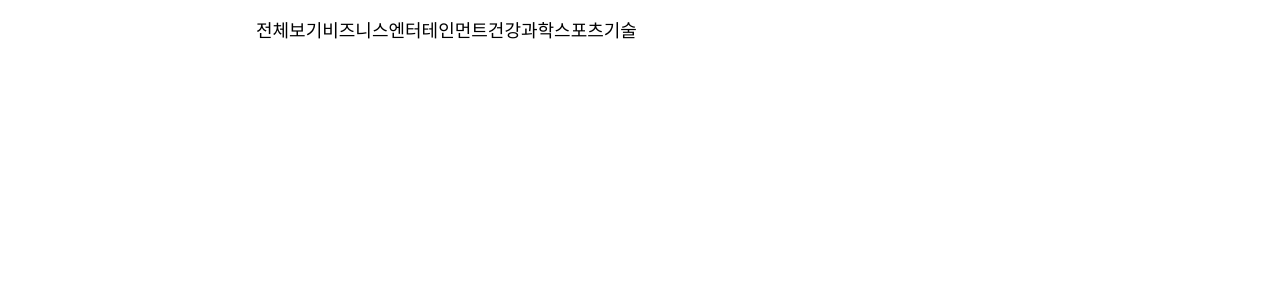
Repository: parkhyeonki/news-viewer
Page: /
An editor plug-in stored every save of this project. The page is shown before and after the next save, followed by the edit.
The browser window is 1280 px wide. The pictures show the whole page.
The page's requests for data from a server got no answer. The project was rebuilt for these pictures with package versions that can differ from the ones it lists, and the page was loaded fresh each time. No one was signed in, and anything a server would have sent is missing. Also part of the build but not shown: src/App.css, src/components/NewsItem/NewsItem.js.

Above is the page before, as saved 2022-05-19 15:52:45.

After the next save:
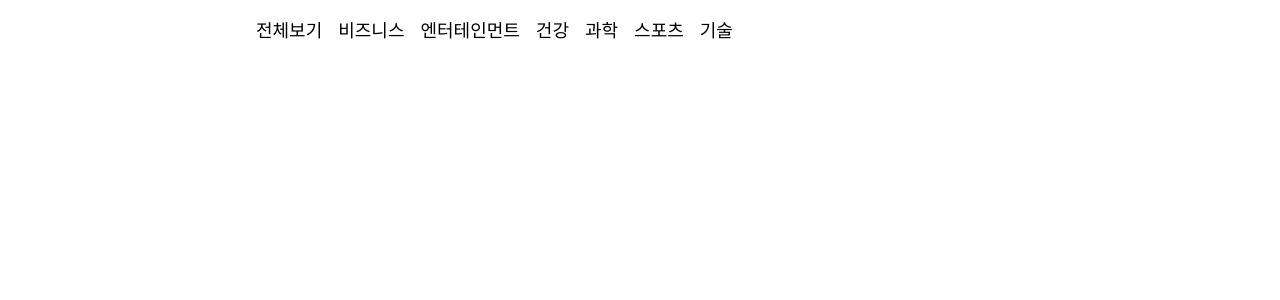
Saved 45 s later.
--- a/src/components/Categories/Categories.js
+++ b/src/components/Categories/Categories.js
@@ -49,6 +49,13 @@ const Category = styled.div`
   text-decoration: none;
   color: inherit;
   padding-bottom: 0.25rem;
+
+  &:hover {
+    color: #495057;
+  }
+  & + & {
+    margin-left: 1rem;
+  }
 `;
 
 const Categories = () => {
